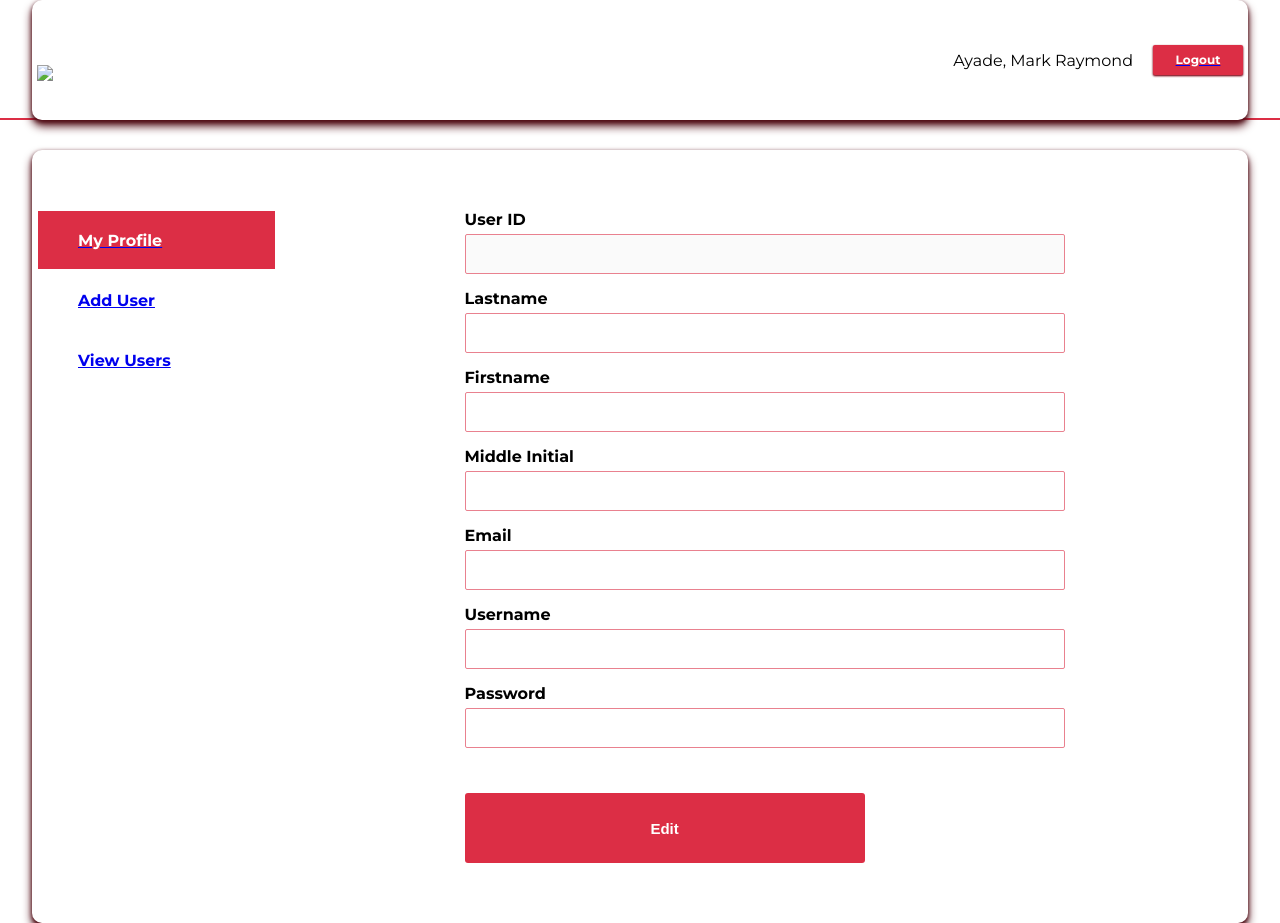
Repository: azkalonz/Int-Prog-2
Page: http://localhost/Int_Prog_2/?page=home
The author's editor kept a copy of each file at every save. The page is drawn from the files as they stood at one save, then again after the next save.
The browser window is 1280 px wide. The pictures show the whole page.
The page is served by Tomcat 9.

Above is the page before, as saved 2021-03-30 05:36:52.
Not found: Int Prog 2/Int_Prog_2/logo/horizontal.png

After the next save:
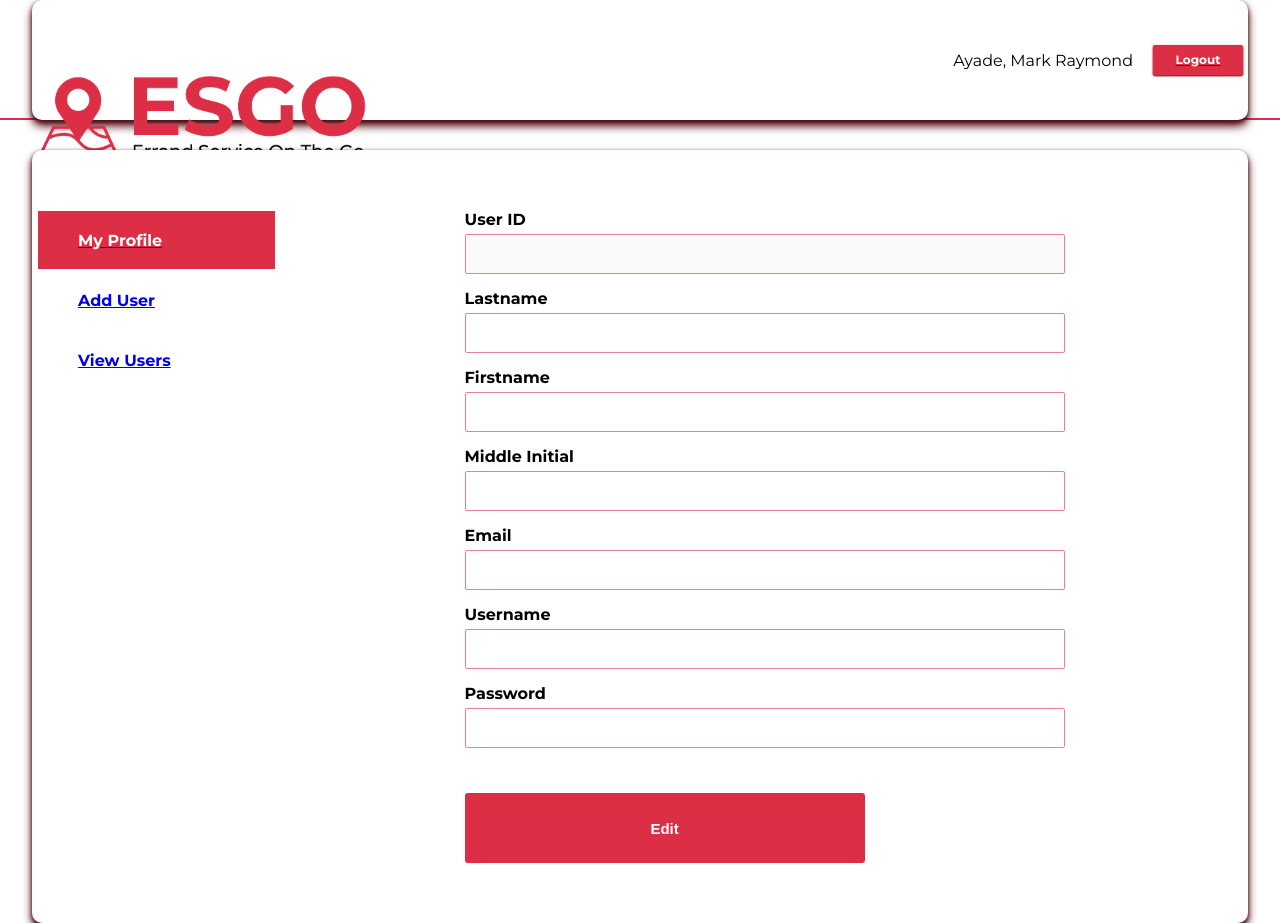
Saved 36 s later.
--- a/Int Prog 2/WebContent/WEB-INF/layout/header.jsp
+++ b/Int Prog 2/WebContent/WEB-INF/layout/header.jsp
@@ -11,7 +11,7 @@
 	<header>
 	        <div class="container">
 	            <div class="logo-con">
-	                <img src="./logo/horizontal.png">
+	                <img src=".<%=request.getContextPath()%>/assets/logo/horizontal.png">
 	            </div>
 	            <div class="account-con">
 	                <span>Ayade, Mark Raymond</span>
